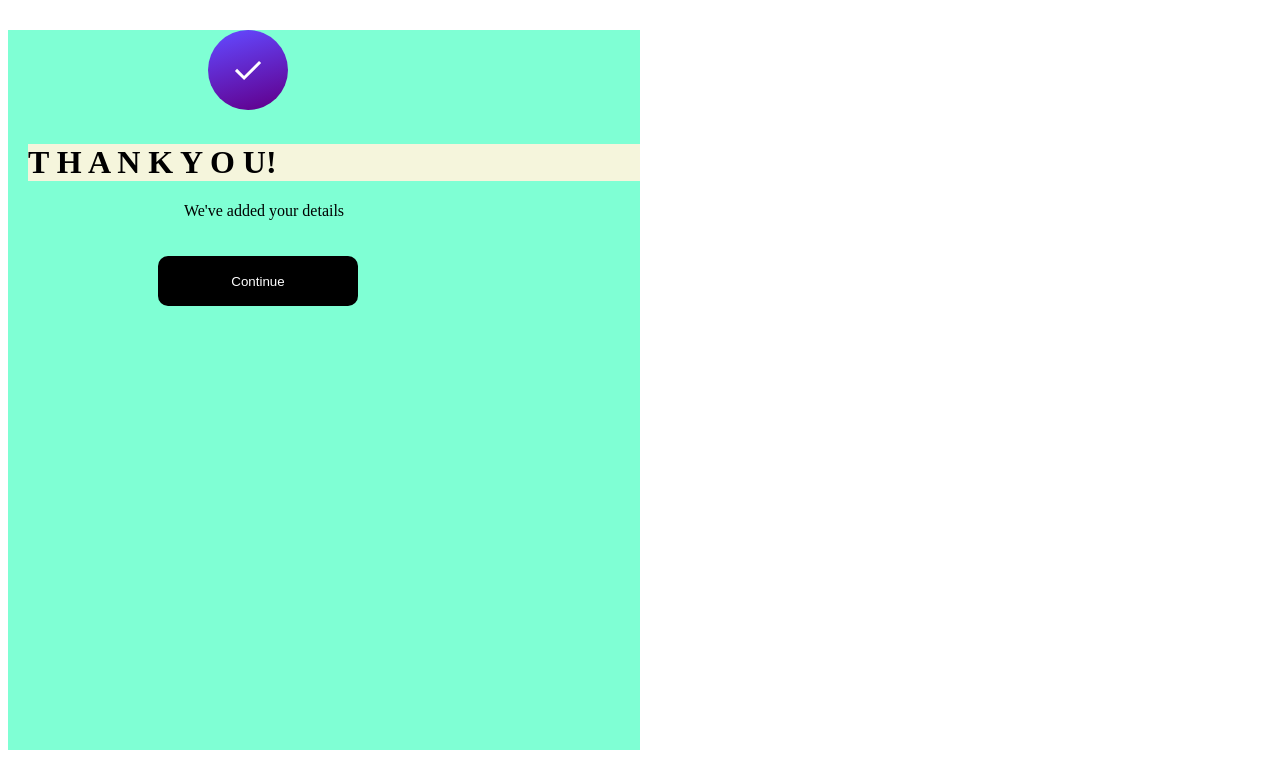
Repository: Abhi2359/frontendchallenge-1
Page: /
These files come from the project's save history. The page is drawn as it stood at one moment and after a run of saves; the edit follows.
The browser window is 1280 px wide. The pictures show the whole page.
The project was rebuilt for these pictures with package versions that can differ from the ones it lists, and the page was loaded fresh each time. Also part of the build but not shown: src/components/Cards/Card1.css, src/components/Cards/Card1.js, src/components/Cards/Card2.css, src/components/Cards/Card2.js, src/components/Layout/Layout.js.

Above is the page before, as saved 2023-02-15 17:35:45.

### src/App.js

import Compelete from "./components/Add/Compelete";
import Layout from "./components/Layout/Layout";


function App() {
  return (
    <div className="App">

      <Compelete/>
    {/*
      <Layout/>
      <Added/>

    <Card1/>
    */}

    </div>
  );
}

export default App;

### src/components/Add/Compelete.js
import React from 'react'
import {ReactComponent as Add} from './icon-complete.svg'
import './Compelete.css'

function Compelete() {
  return (
    <div class="Complete">
      <div class="icon">
        <Add/>
      </div>
      <h1>T H A N K Y O U!</h1>
      <div class="para">
        <p>We've added your details</p>
      </div>
      <div class="btn">
        <button>Continue</button>
      </div>
    </div>
  )
}

export default Compelete

### src/components/Add/Compelete.css
.Complete{
    height: 100vh;
    width: 50%;
    background-color: aquamarine;

}
.Complete h1{
    margin-left: 20px;
    background-color: beige;
}
.icon{
   margin: 30px;
   margin-left: 200px;
}

.para{
    text-align: center;
    margin-right: 120px;
}
.btn{
    margin-left: 100px;
    width: 300px;

    height: 100px;
}

.btn button{
  margin-left: 50px;
  margin-top: 20px;
  width: 200px;
  height: 50px;
  border: none;
  border-radius: 10px;
  background-color: black;
  color: white;
}

### src/components/Layout/layout.css
.layout{

    margin: 0;
    padding: 0;
    height: 100vh;
}
.partitions
{
    height: 100%;
display: flex;
flex-wrap: wrap;
flex-direction: row;
justify-content: space-between;
}

.partition1{
    background-image: linear-gradient(to right bottom, #340505, #3b0d16, #431521, #4a1d2c, #502638, #52273b, #53283e, #552941, #53223d, #511a38, #4f1234, #4d072f);

height: 100vh;
flex-grow: 3;
color: white;
width: 40%;

}

.partition2{
background-color: rgb(243, 242, 242);
 height: 100vh;
flex-grow: 8;
display: flex;
align-items: center;
justify-content: center;
}

.Form{
    margin-left: 80px;

}

.Form input{
    margin: 5px;
    height: 35px;
    margin-top: 10px;
    margin-bottom: 20px;

}

.card_holder{
    width: 300px;
    border: 1px solid gray;
    border-radius: 5px;
}
.card_number{
    width: 300px;
    border: 1px solid gray;
    border-radius: 5px;
}
label{
    font-size: 12px;
    font-weight: bold;
    padding-left: 10px;
}



.cvc{
    margin-left: 40px;
}

.number{
    width: 60px;
    border: 1px solid gray;
    border-radius: 5px;
}
#cvc{
    width: 140px;
    border: 1px solid gray;
    border-radius: 5px;
}
 .button{
    width: 300px;
    margin-left: 10px;
    background-color: black;
    color: white;
    height: 40px;
    border-radius: 5px;
 }

.partitiion1 ,h1{
margin-left: 100px;
}

.card1{
    margin-top: 20px;
    margin-left: 100px;
}

.card2{
    margin-top: 20px;
    margin-left: 80px;
}

Loaded but not shown: public/index.html (common file); src/index.js (common file)

After the next 2 saves:
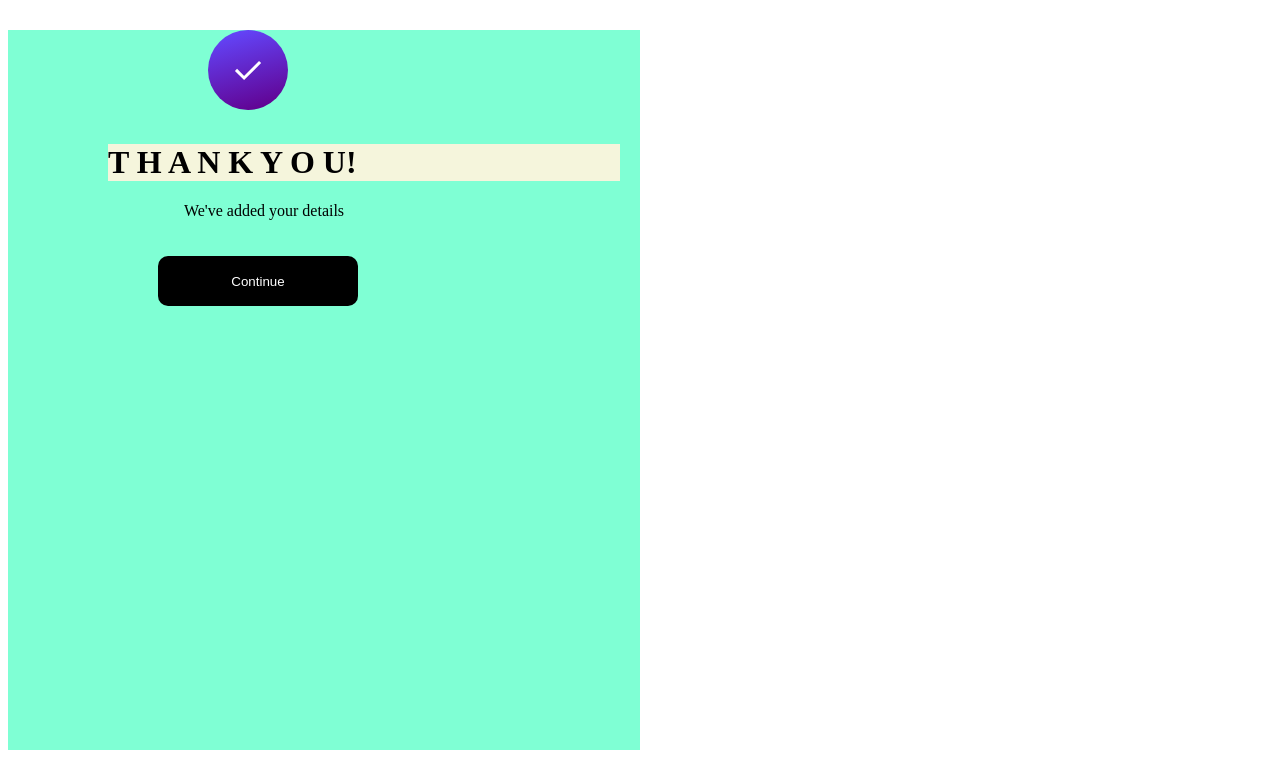
The 2 saves are shown as one change because they came seconds apart.
The last was saved 19 s later.
--- a/src/components/Add/Compelete.css
+++ b/src/components/Add/Compelete.css
@@ -5,7 +5,7 @@
 
 }
 .Complete h1{
-    margin-left: 20px;
+    margin-right: 20px;
     background-color: beige;
 }
 .icon{
